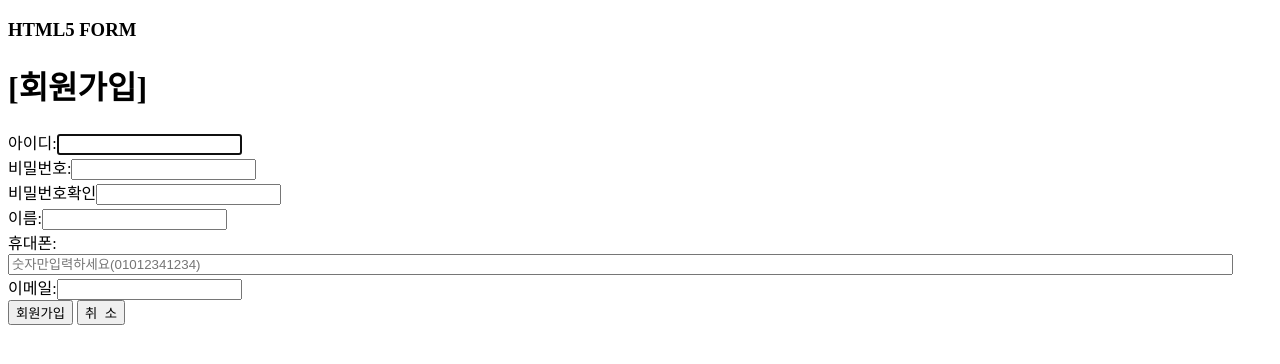
Repository: helloJunejun/WorkSpace_WebUi
Page: 0.3html5_form/src/main/webapp/sample_html5-1.html
These files come from the project's save history. The page is drawn as it stood at one moment and after the next save; the edit follows.
The browser window is 1280 px wide. The pictures show the whole page.

Above is the page before, as saved 2021-06-24 05:43:00.

### 0.3html5_form/src/main/webapp/sample_html5-1.html
<!DOCTYPE html>
<html>
<head>
<meta charset="UTF-8">
<title>HTML5 FORM 예제</title>
</head>
<body>
<h3>HTML5 FORM</h3>
<form action="" method="get">
<h1>[회원가입]</h1>
	<form action="result.html" method="post">
		아이디:<input type="text" name="memberId"
				autofocus="autofocus"
				required="required"><br>
		비밀번호:<input type="password" name="memberPw"
				required="required"><br>
		비밀번호확인<input type="password" name="memberPw"
				required="required"><br>
		이름:<input type="text" name="name"
				required="required"><br>
		휴대폰:<input type="text" name="mobile"
				required="required"
				placeholder="숫자만입력하세요(01012341234)"
				size="150"><br>
		이메일:<input type="text" name="email"
				required="required"><br>


		<input type="submit" value="회원가입">
		<input type="reset" value="취  소">


	</form>
</form>
</body>
</html>

After the next save:
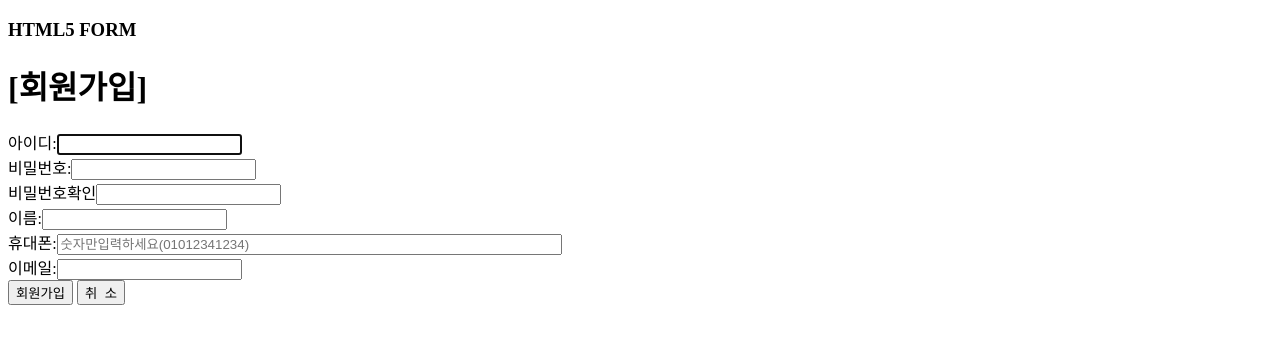
Saved 24 s later.
--- a/0.3html5_form/src/main/webapp/sample_html5-1.html
+++ b/0.3html5_form/src/main/webapp/sample_html5-1.html
@@ -21,7 +21,7 @@
 		휴대폰:<input type="text" name="mobile"
 				required="required"
 				placeholder="숫자만입력하세요(01012341234)"
-				size="150"><br>
+				size="60"><br>
 		이메일:<input type="text" name="email"
 				required="required"><br>
 
